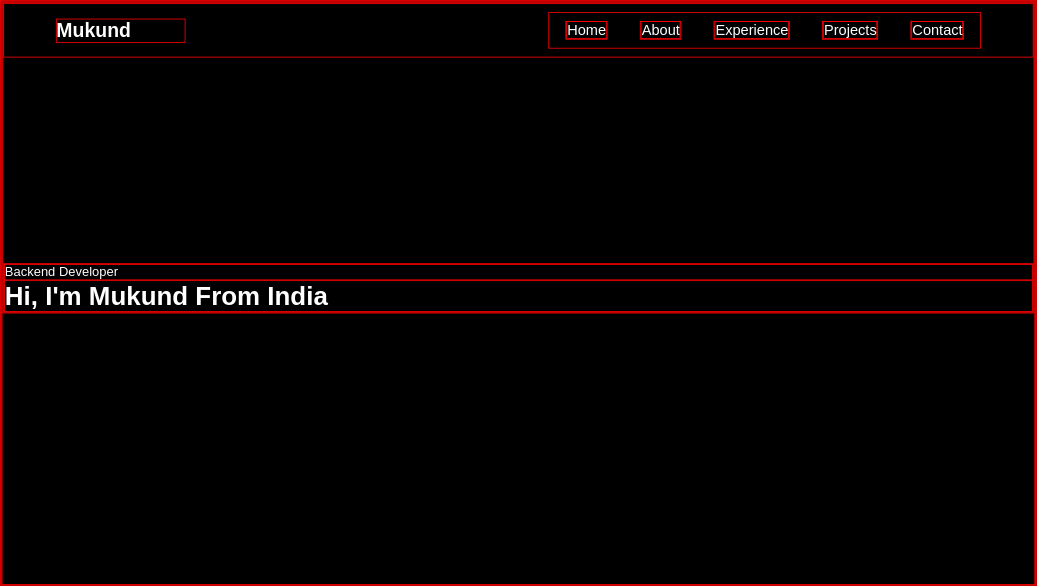
Repository: mukundgangurde/expense-tracker
Page: index.html
An editor plug-in stored every save of this project. The page is shown before and after the next save, followed by the edit.
The browser window is 1280 px wide. The pictures show the whole page, at 81% of full size.

Above is the page before, as saved 2025-11-02 17:54:46.

After the next save:
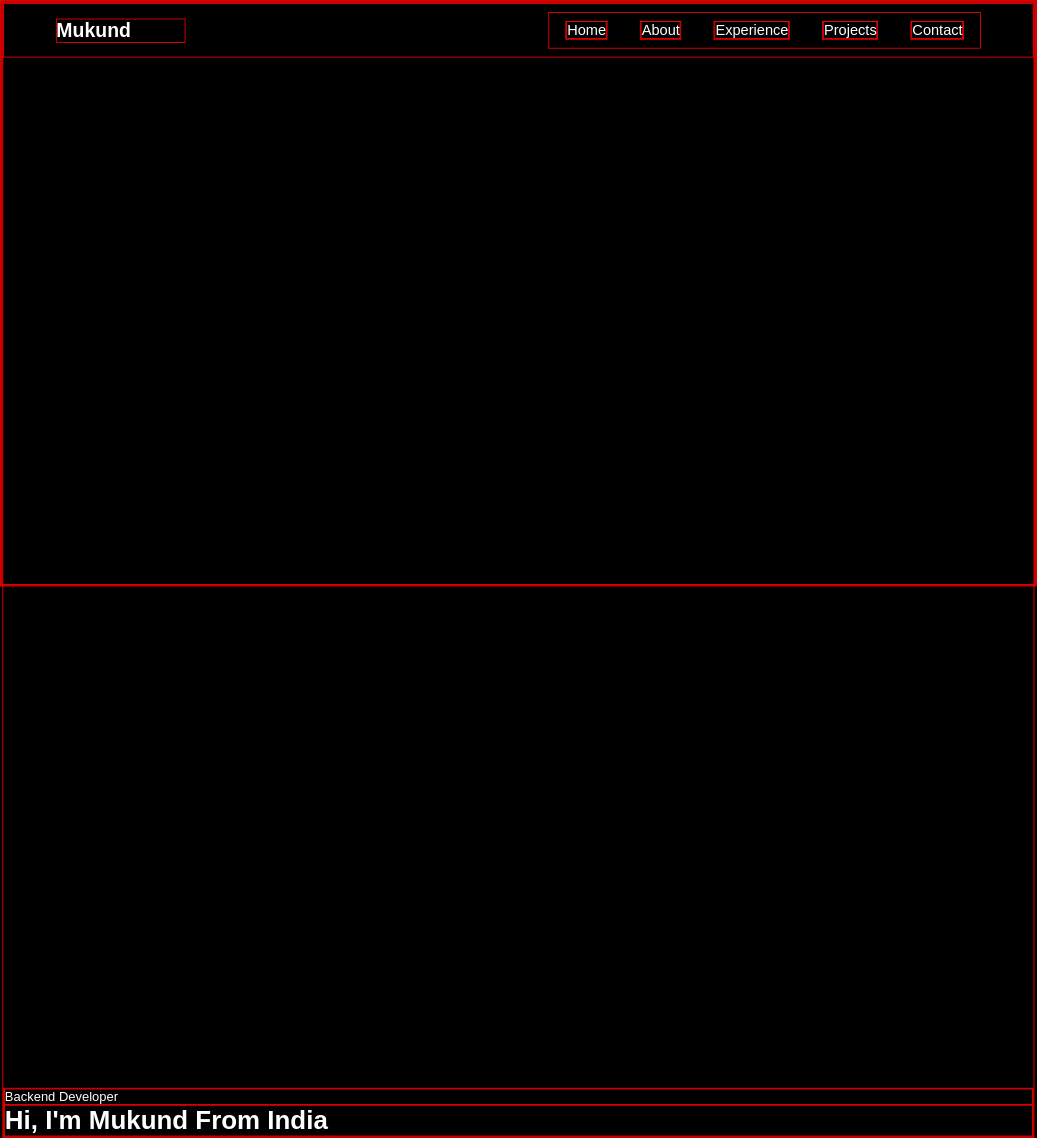
Saved 9 s later.
--- a/style.css
+++ b/style.css
@@ -50,7 +50,7 @@ nav ul li a {
 }
 
 .header-text {
-  margin-top: 20%;
+  margin-top: 100%;
 }
 
 .header-text h1 {
